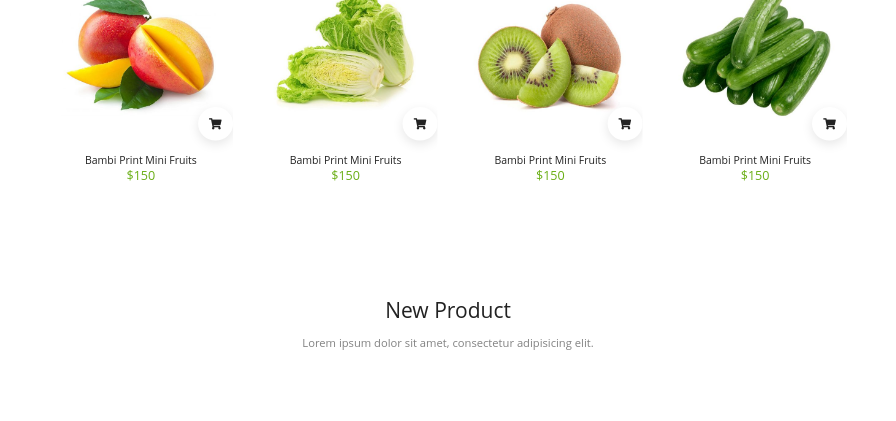
Repository: hoanggiainfomation/hoanggiainfomation.github.io
Page: index.html
An editor plug-in stored every save of this project. The page is shown before and after the next save, followed by the edit.
The browser window is 1280 px wide. The pictures show the part of the page from y = 2047 to 3967 px (the page is 2648 px tall before and 3967 px after), at 70% of full size.
Some web libraries are served in a nearby version.

Above is the page before, as saved 2021-08-17 22:02:22.

After the next save:
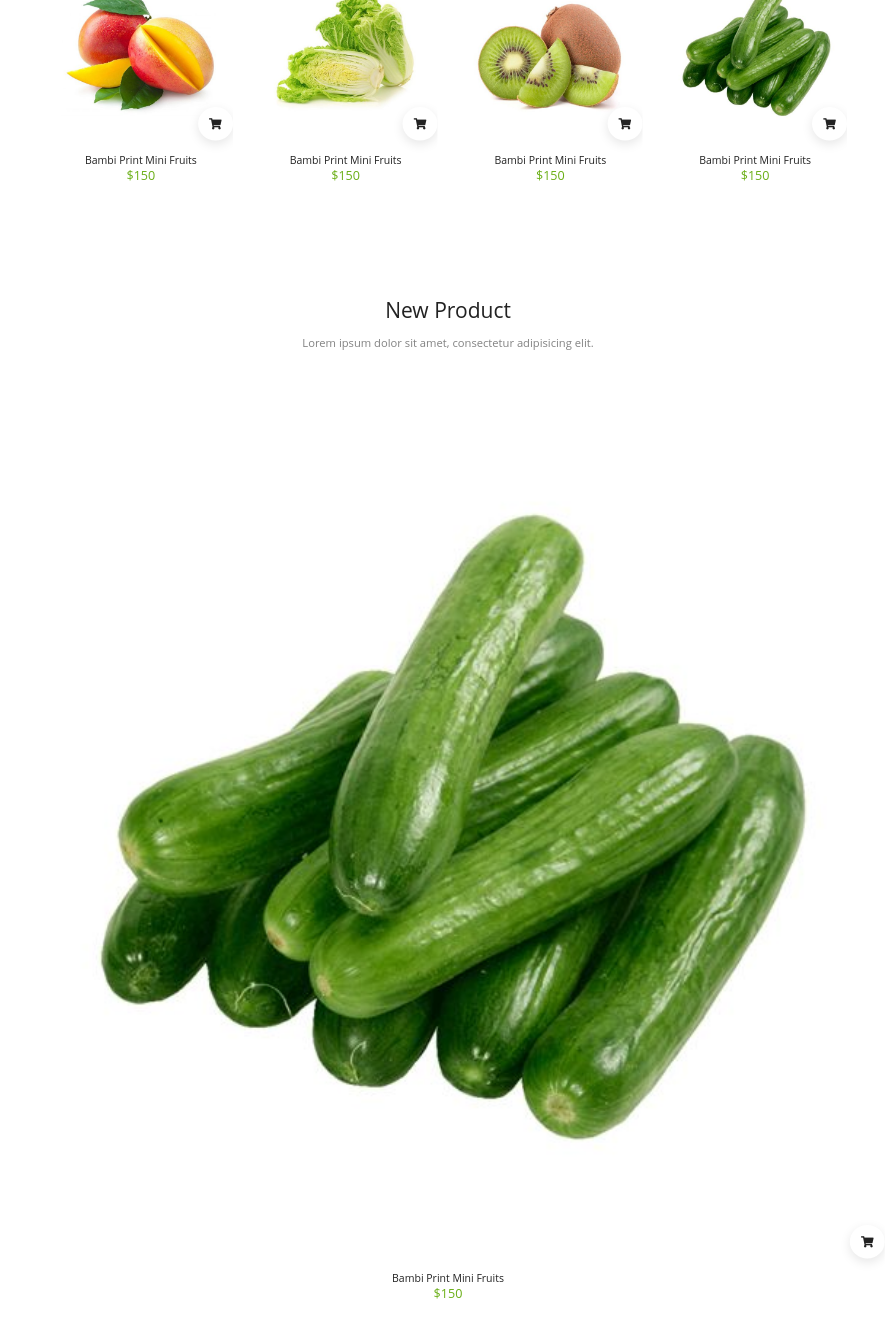
Saved 73 s later.
--- a/index.html
+++ b/index.html
@@ -369,6 +369,27 @@
         <h2>New Product</h2>
         <span>Lorem ipsum dolor sit amet, consectetur adipisicing elit.</span>
       </div>
+      <div class="product-layout">
+        <div class="product">
+          <div class="img-container">
+            <img src="./images/product-4.jpg" alt="" />
+            <div class="addCart">
+              <i class="fas fa-shopping-cart"></i>
+            </div>
+            <ul class="side-icons">
+              <span><i class="fas fa-search"></i></span>
+              <span><i class="fas fa-heart"></i></span>
+              <span><i class="fas fa-sliders-h"></i></span>
+            </ul>
+          </div>
+          <div class="bottom">
+            <a href="productDetails.html">Bambi Print Mini Fruits</a>
+            <div class="price">
+              <span>$150</span>
+            </div>
+          </div>
+        </div>
+      </div>
     </section>
     <!-- ======== SwiperJS ======= -->
     <script src="https://cdnjs.cloudflare.com/ajax/libs/Swiper/6.7.5/swiper-bundle.min.js"></script>
